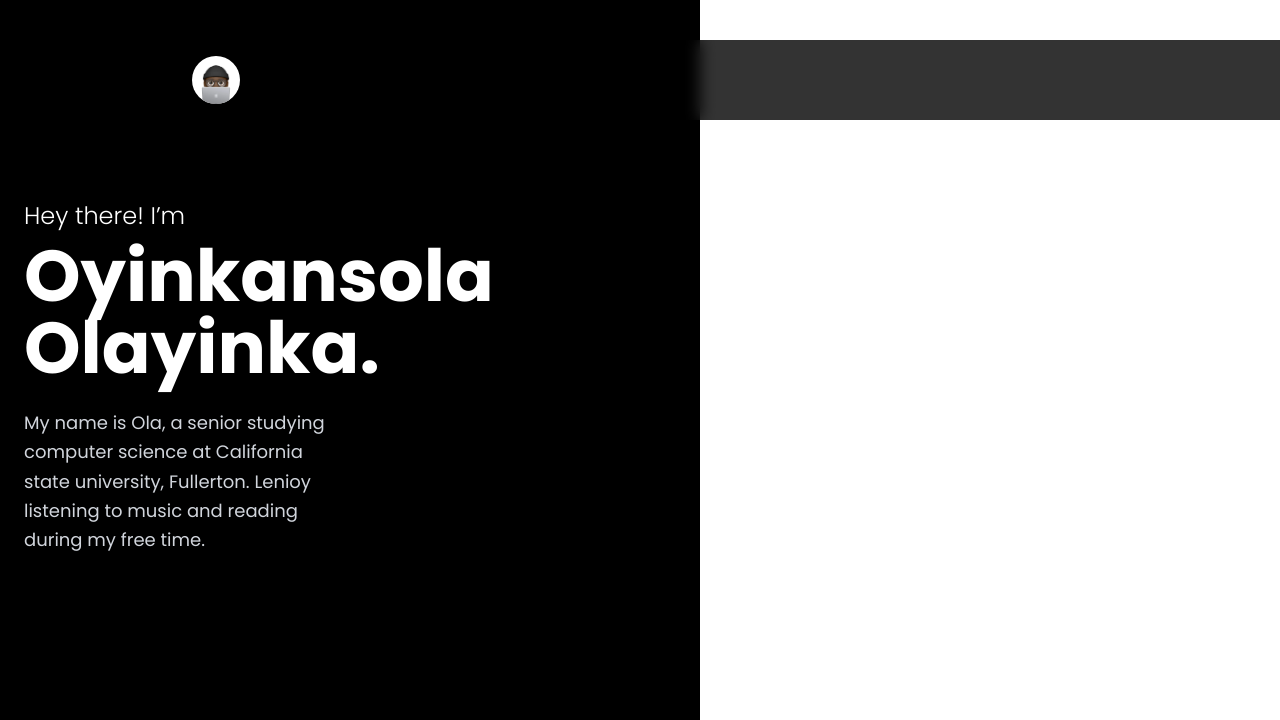
Repository: olasores/olasores-portfolio
Page: /
These files come from the project's save history. The page is drawn as it stood at one moment and after the next save; the edit follows.
The browser window is 1280 px wide. The pictures show the whole page.
The project was rebuilt for these pictures with package versions that can differ from the ones it lists, and the page was loaded fresh each time. The framework's server and built-in components were replaced by stand-ins that run in the browser. Also part of the build but not shown: next.config.ts.

Above is the page before, as saved 2025-11-11 12:40:29.

After the next save:
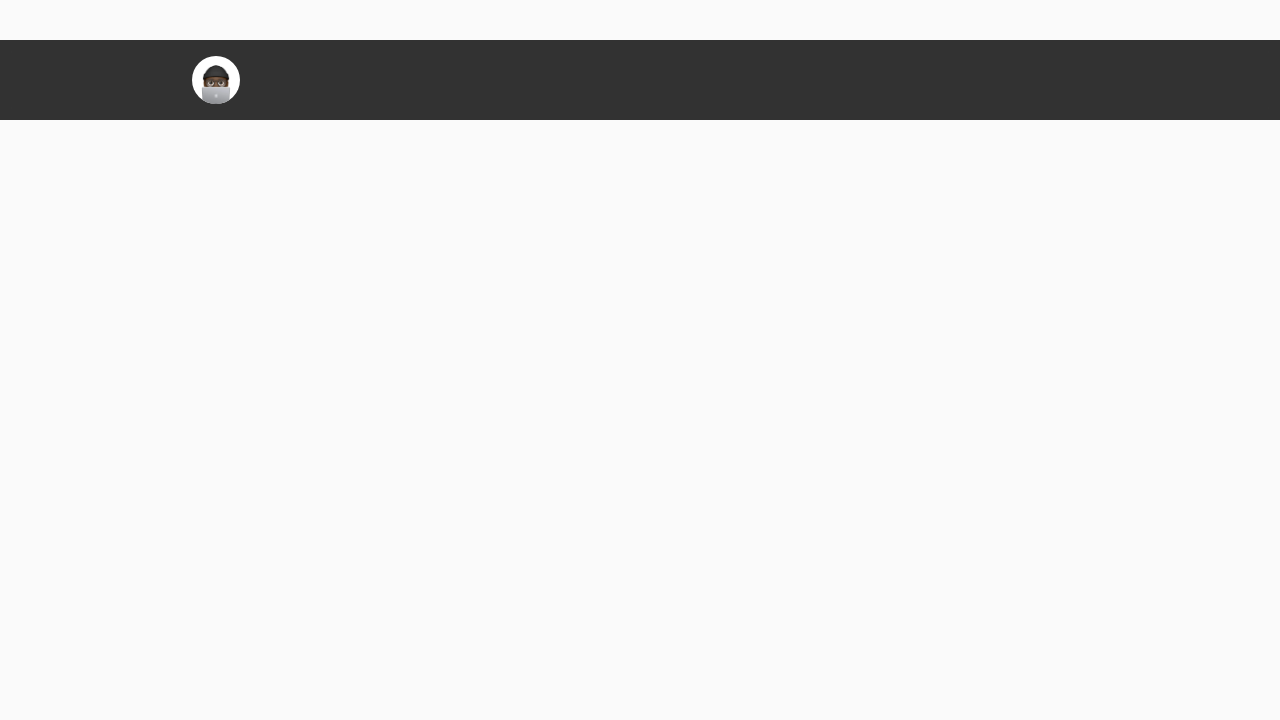
Saved 8 s later.
--- a/app/page.tsx
+++ b/app/page.tsx
@@ -4,8 +4,8 @@ import HomeSection from "./components/HomeSection";
 export default function Home() {
   return (
 
-    <div className="flex min-h-screen max-w-[700px] items-center justify-center bg-zinc-50 font-sans dark:bg-black">
-      <HomeSection />
+    <div className="flex min-h-screen items-center justify-center bg-zinc-50 font-sans dark:bg-black">
+
     </div>
   );
 }
